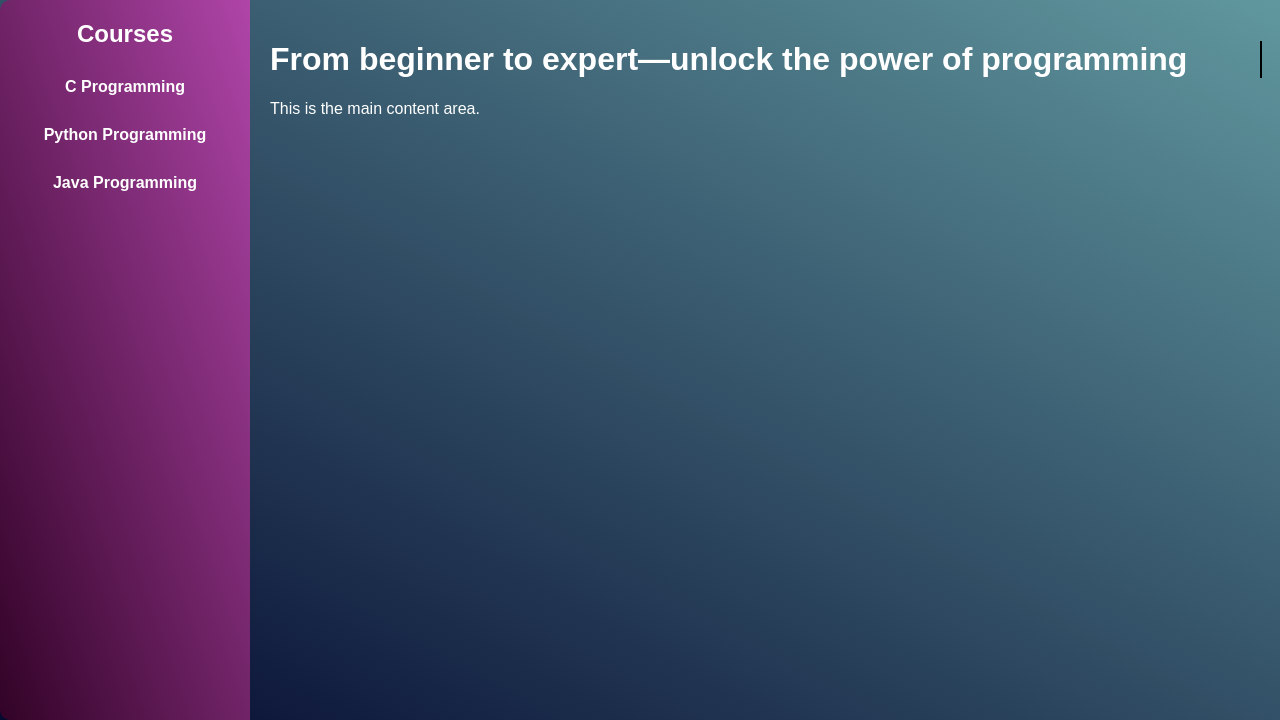
Repository: RishitSharma88/SeaGro
Page: templates/learningcourses.html
The author's editor kept a copy of each file at every save. The page is drawn from the files as they stood at one save, then again after the next save.
The browser window is 1280 px wide. The pictures show the whole page.
The template is drawn by Flask 3. The application's start-up code is not run. Other server files are loaded and not shown. The template is opened directly, without the code that normally fills it, so the values that code supplies are empty.

Above is the page before, as saved 2024-12-28 13:42:02.

### templates/learningcourses.html
<!DOCTYPE html>
<html lang="en">
<head>
    <meta charset="UTF-8">
    <meta name="viewport" content="width=device-width, initial-scale=1.0">
    <title>Learning Courses</title>
    <style>
        body {
            margin: 0;
            padding: 0;
            font-family: 'Arial', sans-serif;
            background: linear-gradient(to bottom left, #60979e, #050a30);
            color: #FFFFFF;
            display: flex;
            height: 100vh;
            overflow: hidden;
        }

        .sidebar {
            background: linear-gradient(to bottom left, #af45a8, #320327);
            color: #ffff;
            width: 250px;
            height: 100%;
            border-radius: 10px 0 0 10px;
            overflow: auto;
            display: flex;
            flex-direction: column;
            align-items: center;
            position: fixed;
            left: 0;
            top: 0;
            transition: transform 0.3s ease;
        }
        .h {
            font-size: 24px;
            font-weight: bold;
            text-align: center;
            margin: 20px 0;
        }
        .side-links {
            display: flex;
            flex-direction: column;
            gap: 10px;
            width: 100%;
            padding: 0 10px;
        }

        .side-links a {
            text-decoration: none;
            color: #fff;
            font-size: 1rem;
            font-weight: bold;
            padding: 10px;
            border-radius: 5px;
            text-align: center;
            transition: background-color 0.3s ease;
        }

        .side-links a:hover {
            background-color: rgba(255, 255, 255, 0.2);
        }
        .main-content {
            margin-left: 250px;
            flex: 1;
            padding: 20px;
            transition: margin-left 0.3s ease;
        }
        .typing {
            width: 0;
            overflow: hidden;
            white-space: nowrap;
            border-right: 2px solid black;
            animation: typing 3s steps(20) forwards, blink 0.5s step-end infinite;
        }
        @keyframes typing {
            from {
                width: 0;
            }
            to {
                width: 100%;
            }
        }

        @keyframes blink {
            50% {
                border-color: transparent;
            }
        }

        /*.sidebar.collapsed {
            transform: translateX(-250px);
        }





        .toggle-btn {
            position: fixed;
            top: 50%;
            left: 250px;
            transform: translateY(-50%);
            background: #de7a50;
            color: #fff;
            border: none;
            border-radius: 5px;
            font-size: 20px;
            cursor: pointer;
            transition: left 0.3s ease;
        }

        .toggle-btn.collapsed {
            left: 0;
        }



        .sidebar.collapsed + .main-content {
            margin-left: 0;
        }*/
    </style>
</head>
<body>
    <div class="sidebar">
        <h1 class="h">Courses</h1>
        <div class="side-links">
            <a href="coursetemp.html">C Programming</a>
            <a href="coursetemp.html">Python Programming</a>
            <a href="coursetemp.html">Java Programming</a>
        </div>
    </div>
    <!-- <button class="toggle-btn">&#9664;</button> -->

    <div class="main-content">
        <h1 class="typing">From beginner to expert—unlock the power of programming</h1>
        <p>This is the main content area.</p>
    </div>

    <!-- <script>
        const sidebar = document.querySelector('.sidebar');
        const toggleBtn = document.querySelector('.toggle-btn');

        toggleBtn.addEventListener('click', () => {
            sidebar.classList.toggle('collapsed');
            toggleBtn.classList.toggle('collapsed');


            toggleBtn.innerHTML = sidebar.classList.contains('collapsed') ? '&#9654;' : '&#9664;';
        });
    </script> -->
</body>
</html>

After the next save:
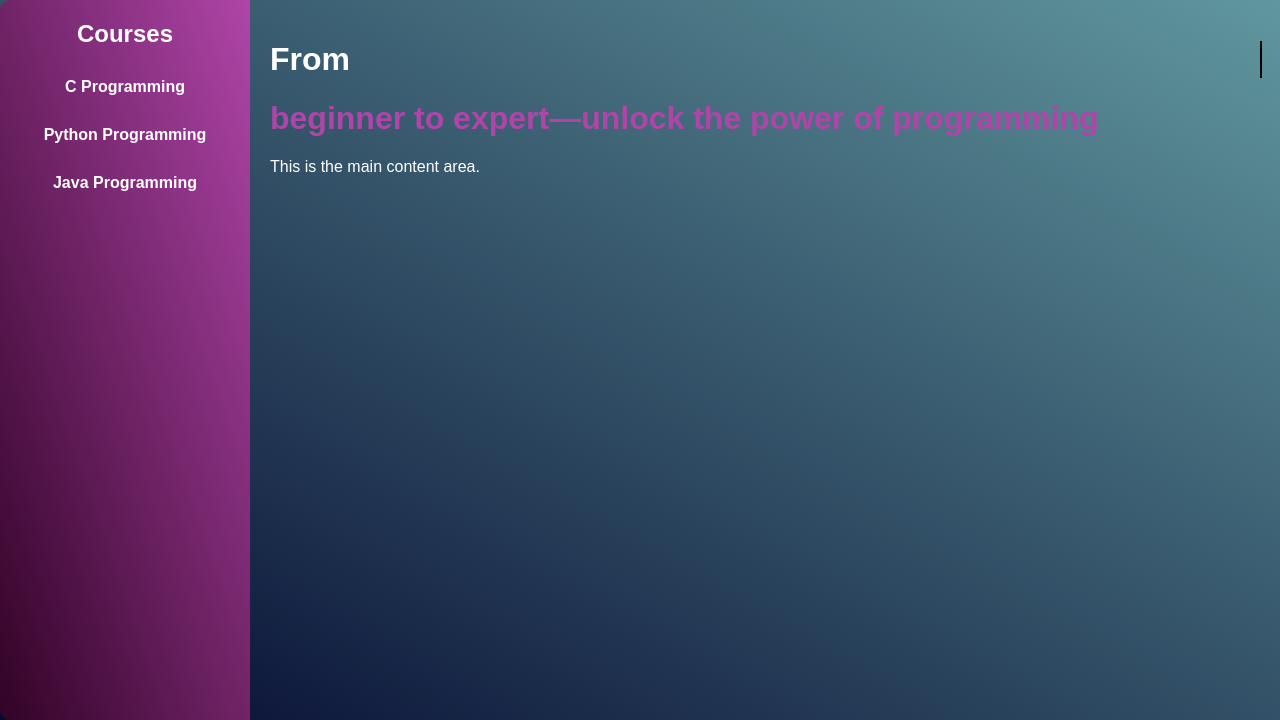
Saved 3 min 8 s later.
--- a/templates/learningcourses.html
+++ b/templates/learningcourses.html
@@ -86,6 +86,9 @@
                 border-color: transparent;
             }
         }
+        .highlight{
+            color:#af45a8
+        }
 
         /*.sidebar.collapsed {
             transform: translateX(-250px);
@@ -132,7 +135,7 @@
     <!-- <button class="toggle-btn">&#9664;</button> -->
 
     <div class="main-content">
-        <h1 class="typing">From beginner to expert—unlock the power of programming</h1>
+        <h1 class="typing">From <h1 class="highlight">beginner</class> to expert—unlock the power of programming</h1>
         <p>This is the main content area.</p>
     </div>
 
